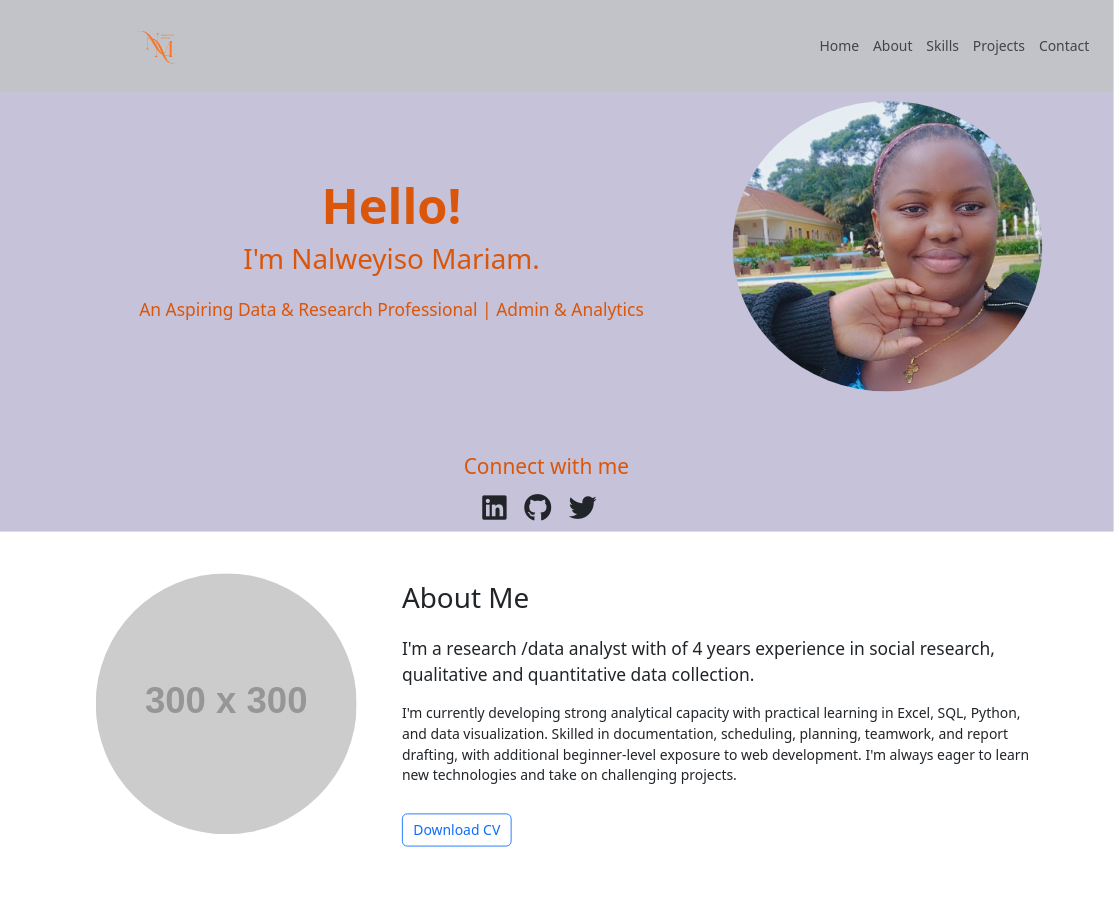
Repository: NalweMari/My-Personal-Portfolio
Page: index.html
The author's editor kept a copy of each file at every save. The page is drawn from the files as they stood at one save, then again after a run of saves.
The browser window is 1280 px wide. The pictures show the whole page, at 87% of full size.

Above is the page before, as saved 2025-11-27 22:09:44.
Console error (its wording comes from the project's code and is left out).

After the next 3 saves:
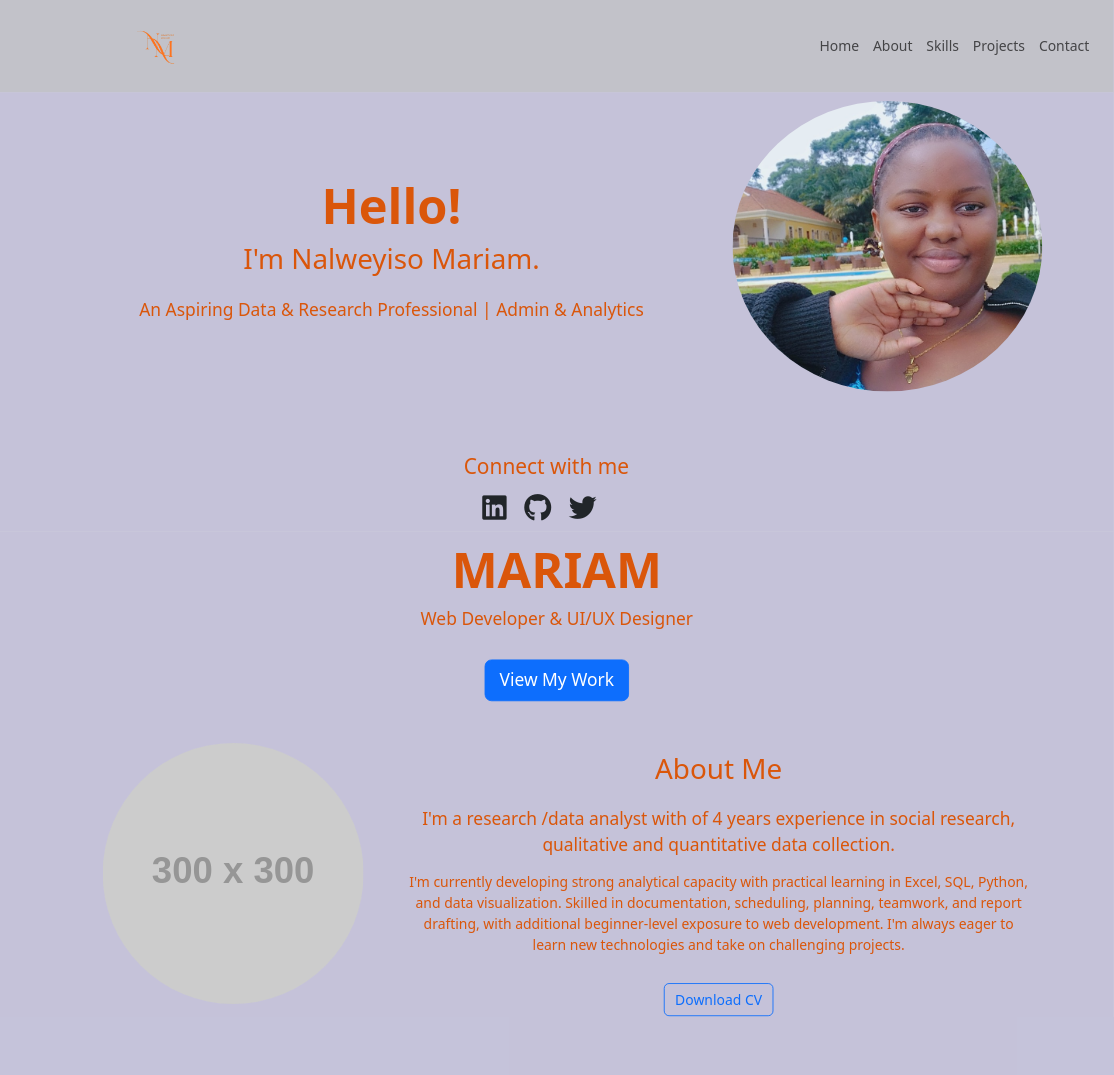
The 3 saves are shown as one change because they came seconds apart.
The last was saved 113 s later.
--- a/index.html
+++ b/index.html
@@ -76,6 +76,12 @@
                 </div>
     </section>
     <!-- About Section -->
+
+      <section id="home" class="hero-section text-center">
+        <div class="container">
+            <h1 class="display-4 fw-bold">MARIAM</h1>
+            <p class="lead">Web Developer & UI/UX Designer</p>
+            <a href="#projects" class="btn btn-primary btn-lg mt-3">View My Work</a>
     <section id="about" class="py-5">
         <div class="container">
             <div class="row align-items-center">
